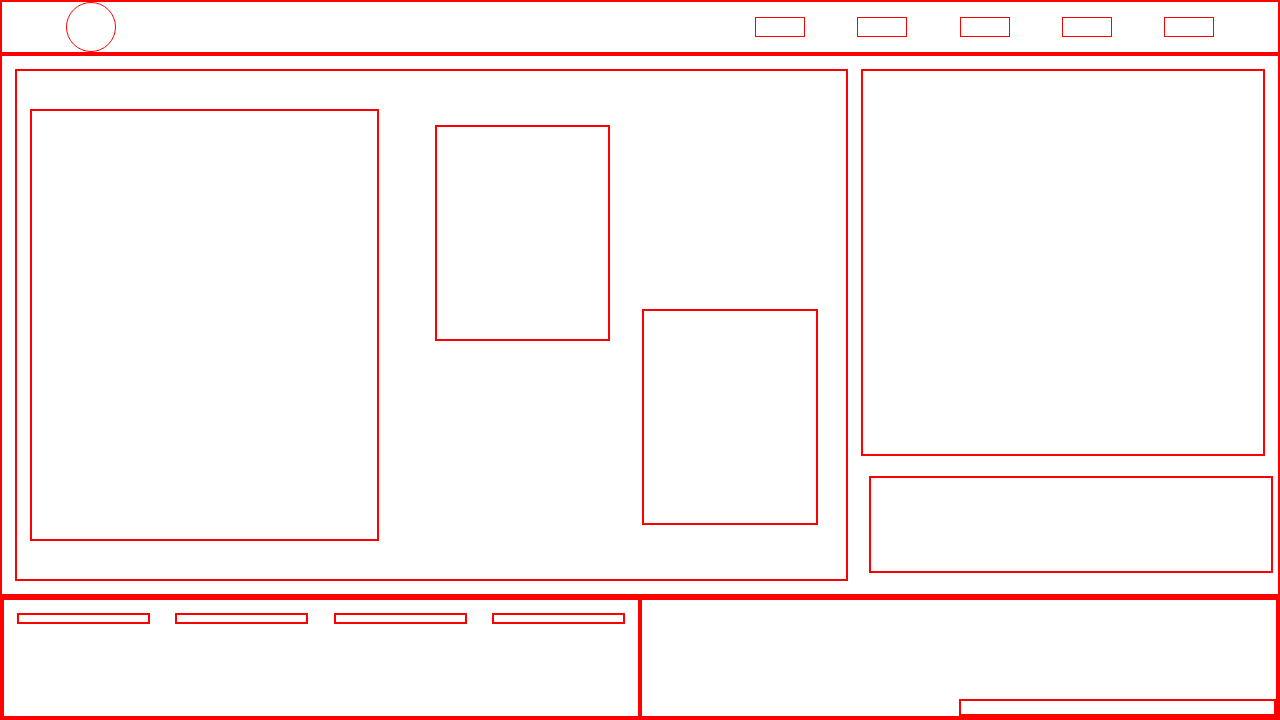
Repository: archangel88/elbrus_homework
Page: phase-0/week-3/day-4/flexbox/index.html
These files come from the project's save history. The page is drawn as it stood at one moment and after the next save; the edit follows.
The browser window is 1280 px wide. The pictures show the whole page.

Above is the page before, as saved 2025-10-10 00:50:32.

After the next save:
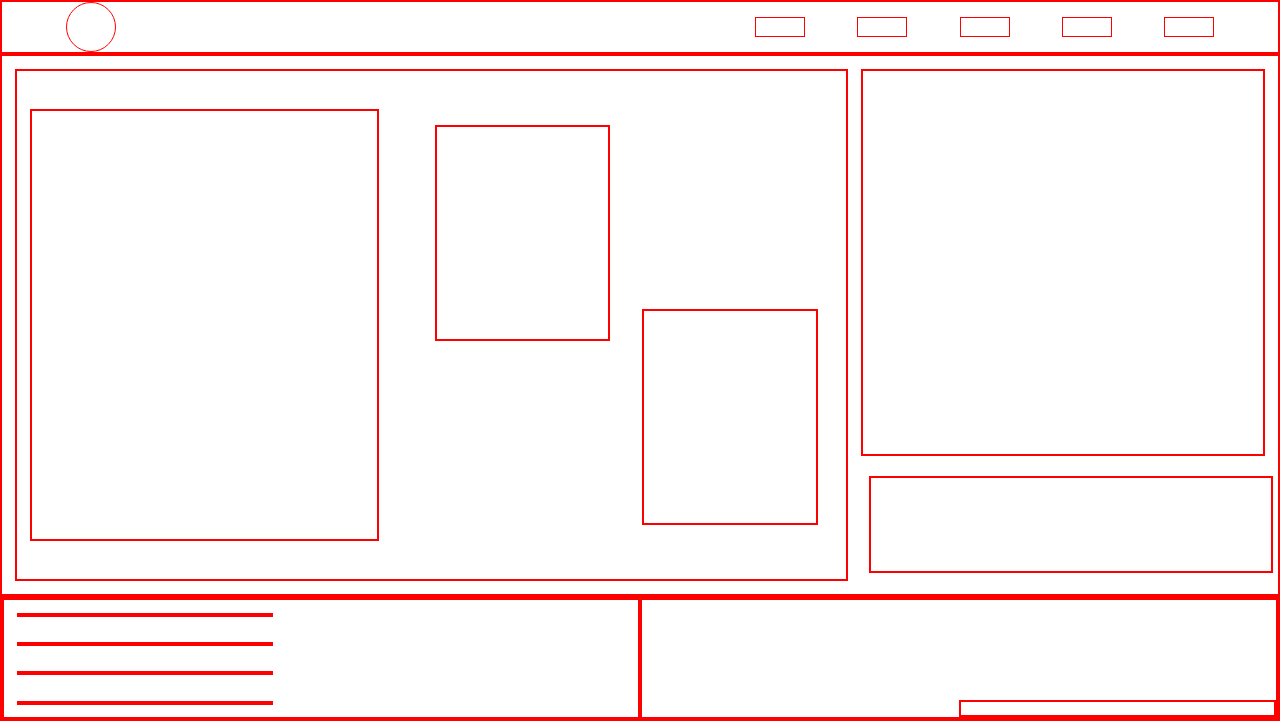
Saved 3 min 42 s later.
--- a/phase-0/week-3/day-4/flexbox/css/styles.css
+++ b/phase-0/week-3/day-4/flexbox/css/styles.css
@@ -121,6 +121,8 @@ header {
     width: 50%;
     height: 100%;
     display: flex;
+    flex-direction: column;
+    justify-content: space-around;
 }
 
 .footer .right{
